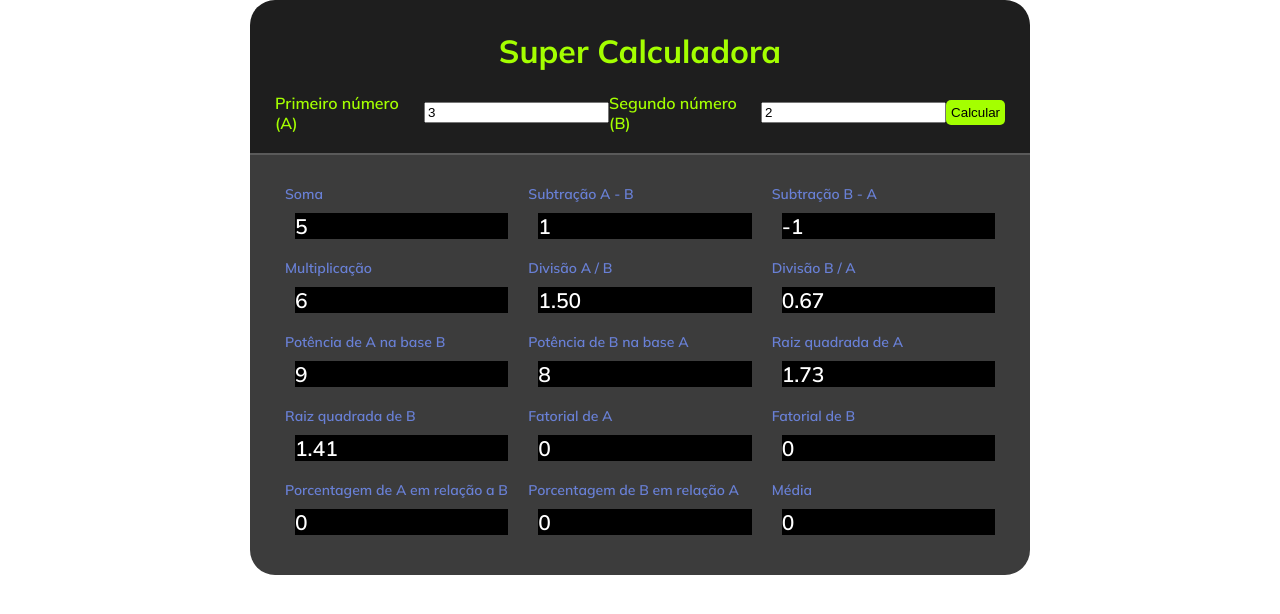
Repository: rrresck/supercalc-xpe
Page: index.html
The author's editor kept a copy of each file at every save. The page is drawn from the files as they stood at one save, then again after the next save.
The browser window is 1280 px wide. The pictures show the whole page.
After loading, the first visible `#calculateButton` was clicked once.

Above is the page before, as saved 2023-02-11 13:37:42.
Console error: TypeError: factorialA is not a function

After the next save:
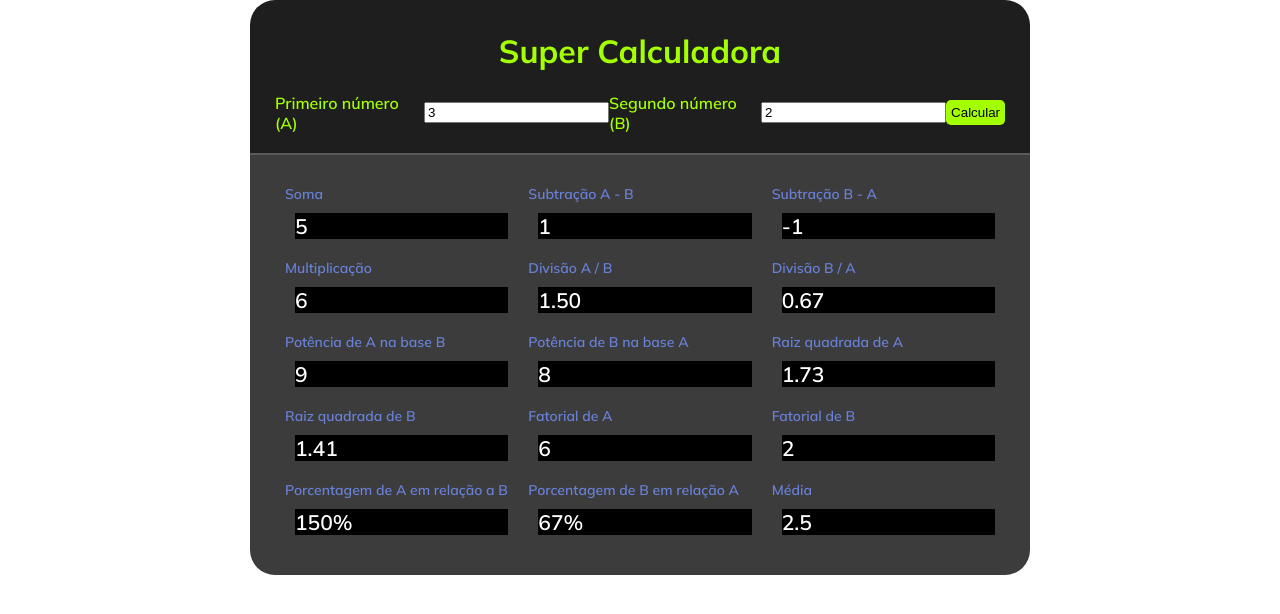
The error is gone.
Saved 3 min 19 s later.
--- a/app.js
+++ b/app.js
@@ -108,8 +108,7 @@ button.onclick = calculate = () => {
     division(a, b);
     power(a, b);
     squareRoot(a, b);
-    factorialA(a);
-    factorialB(b);
+    factorial(a, b);
     percentage(a, b);
     average(a, b);
 }
